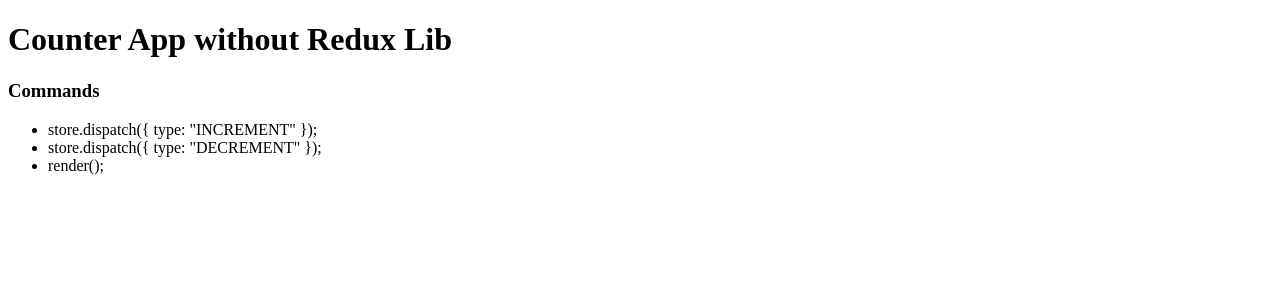
Repository: Kischa-hub/implement-Redux-from-scratch
Page: counter2.html
The author's editor kept a copy of each file at every save. The page is drawn from the files as they stood at one save, then again after the next save.
The browser window is 1280 px wide. The pictures show the whole page.

Above is the page before, as saved 2021-02-02 16:26:13.

### counter2.html
<!DOCTYPE html>
<html lang="en">
  <head>
    <meta charset="UTF-8" />

    <title>Counter App without Redux Lib</title>
  </head>
  <body>
    <script src="app2.js"></script>
    <h1>Counter App without Redux Lib</h1>
    <h3>Commands</h3>
    <ul>
      <li>store.dispatch({ type: "INCREMENT" });</li>
      <li>store.dispatch({ type: "DECREMENT" });</li>
      <li>render();</li>
    </ul>
  </body>
</html>

### app2.js
//Reducer
const counter = (state = 0, action) => {
  switch (action.type) {
    case "INCREMENT":
      return state + 1;
    case "DECREMENT":
      return state - 1;
    default:
      return state;
  }
};

//redux Store
//createstore without Redux Lib from scratch
const createStore = (reducer) => {
  let state;
  let listeners = [];
  const getState = () => state;
  const dispatch = (action) => {
    state = reducer(state, action);
    listeners.forEach((listener) => listener());
  };
  const subscribe = (listener) => {
    listeners.push(listener);
    return () => {
      //not understand this line
      listeners = listeners.filter((l) => l !== listener);
    };
  };

  dispatch({});

  return { getState, dispatch, subscribe };
};

const store = createStore(counter);

const render = () => {
  console.log(store.getState());
};

const increment = () => {
  store.dispatch({ type: "INCREMENT" });
};

const decrement = () => {
  store.dispatch({ type: "DECREMENT" });
};
//store.dispatch({ type: "INCREMENT" });
//store.dispatch({ type: "DECREMENT" });

store.subscribe(() => {
  console.log("Daten werden erfolgreich aktualisiert");
});

render();

After the next save:
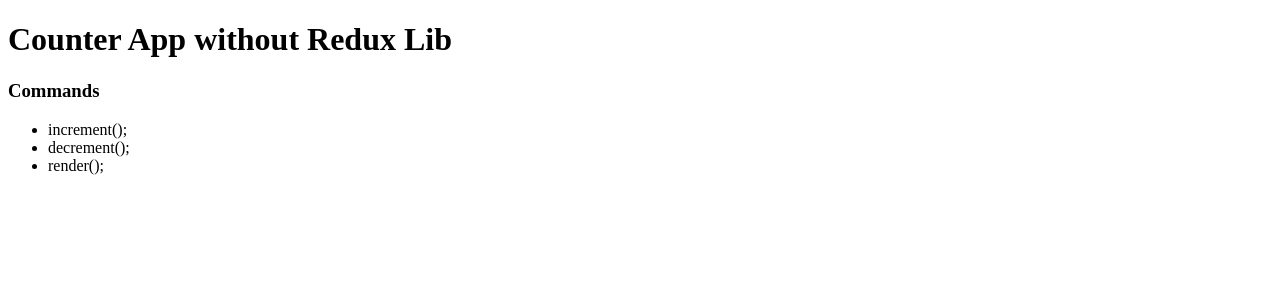
Saved 82 s later.
--- a/counter2.html
+++ b/counter2.html
@@ -10,8 +10,8 @@
     <h1>Counter App without Redux Lib</h1>
     <h3>Commands</h3>
     <ul>
-      <li>store.dispatch({ type: "INCREMENT" });</li>
-      <li>store.dispatch({ type: "DECREMENT" });</li>
+      <li>increment();</li>
+      <li>decrement();</li>
       <li>render();</li>
     </ul>
   </body>
